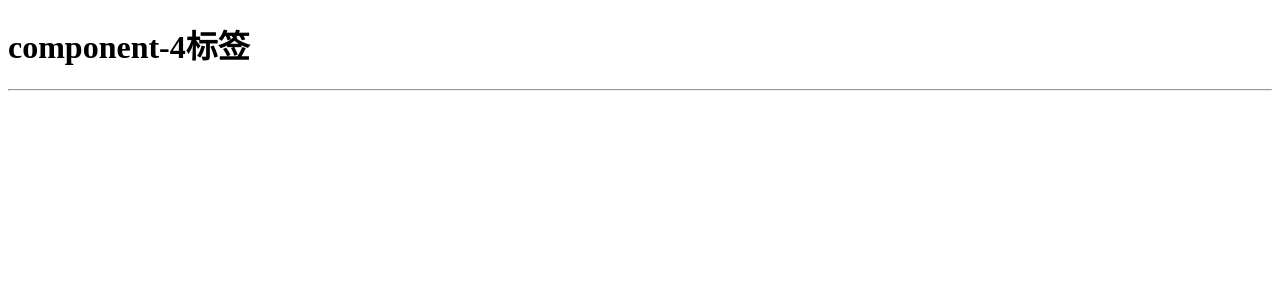
Repository: 13982720426/vue2.0-LearningNotes
Page: example/component-4.html
The author's editor kept a copy of each file at every save. The page is drawn from the files as they stood at one save, then again after the next save.
The browser window is 1280 px wide. The pictures show the whole page.

Above is the page before, as saved 2021-06-24 22:09:51.

After the next save:
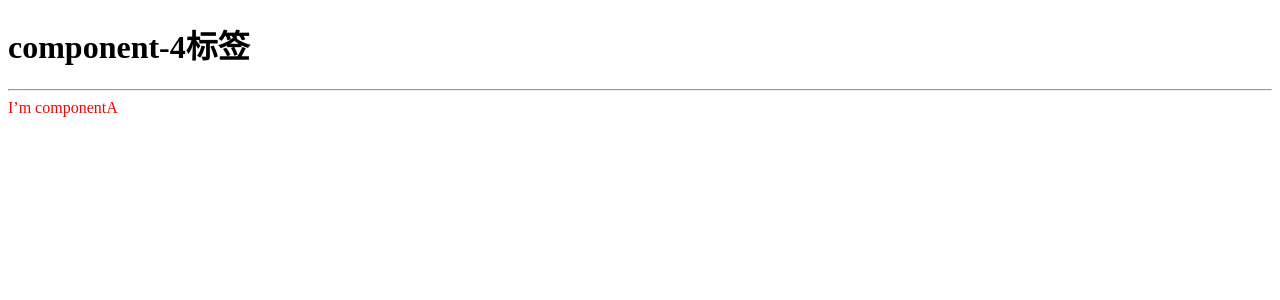
Saved 70 s later.
--- a/example/component-4.html
+++ b/example/component-4.html
@@ -10,7 +10,7 @@
   <body>
     <h1>component-4标签</h1>
     <hr />
-    <div id="app"><component></component></div>
+    <div id="app"><component v-bind:is="who"></component></div>
 
     <script type="text/javascript">
       var componentA = {
@@ -28,7 +28,7 @@
       var app = new Vue({
         el: '#app',
         data: {
-          message: 'Hello World',
+          who: componentA,
         },
         components: {
           componentA: componentA,
